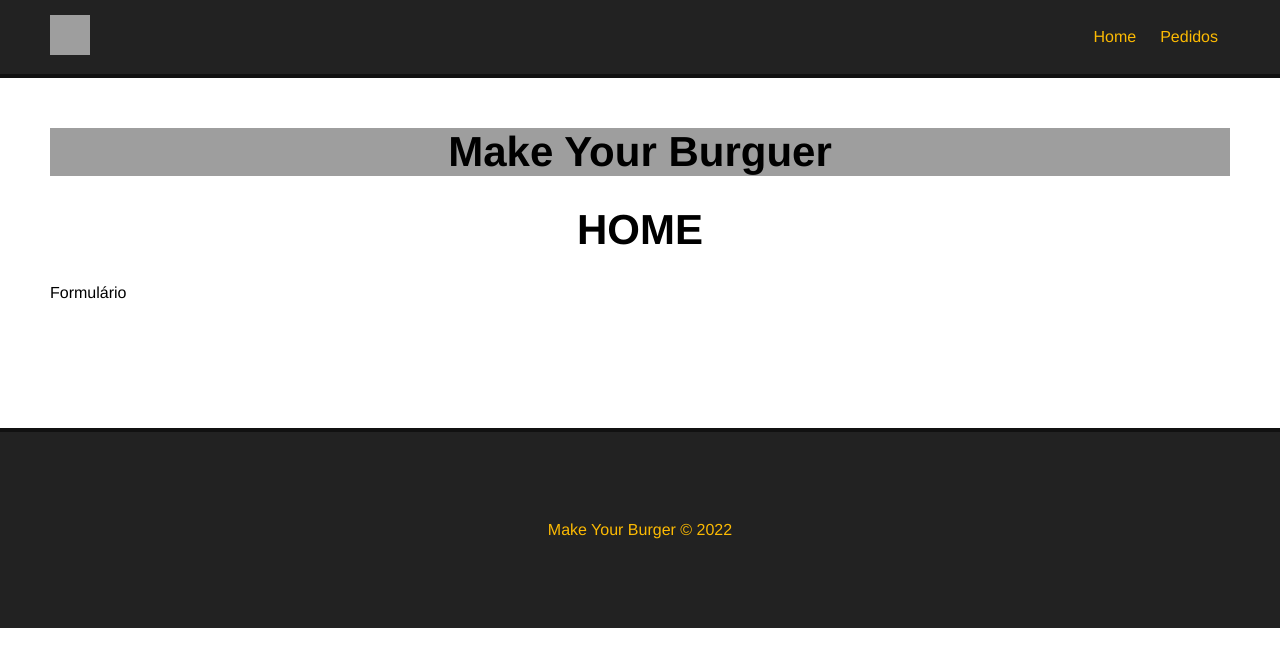
Repository: brunofa23/makeyourburguer
Page: /
These files come from the project's save history. The page is drawn as it stood at one moment and after a run of saves; the edit follows.
The browser window is 1280 px wide. The pictures show the whole page.
Pictures or frames that could not be fetched are drawn as grey boxes. The project was rebuilt for these pictures with package versions that can differ from the ones it lists, and the page was loaded fresh each time. Also part of the build but not shown: vue.config.js.

Above is the page before, as saved 2022-08-09 19:05:54.

After the next 2 saves:
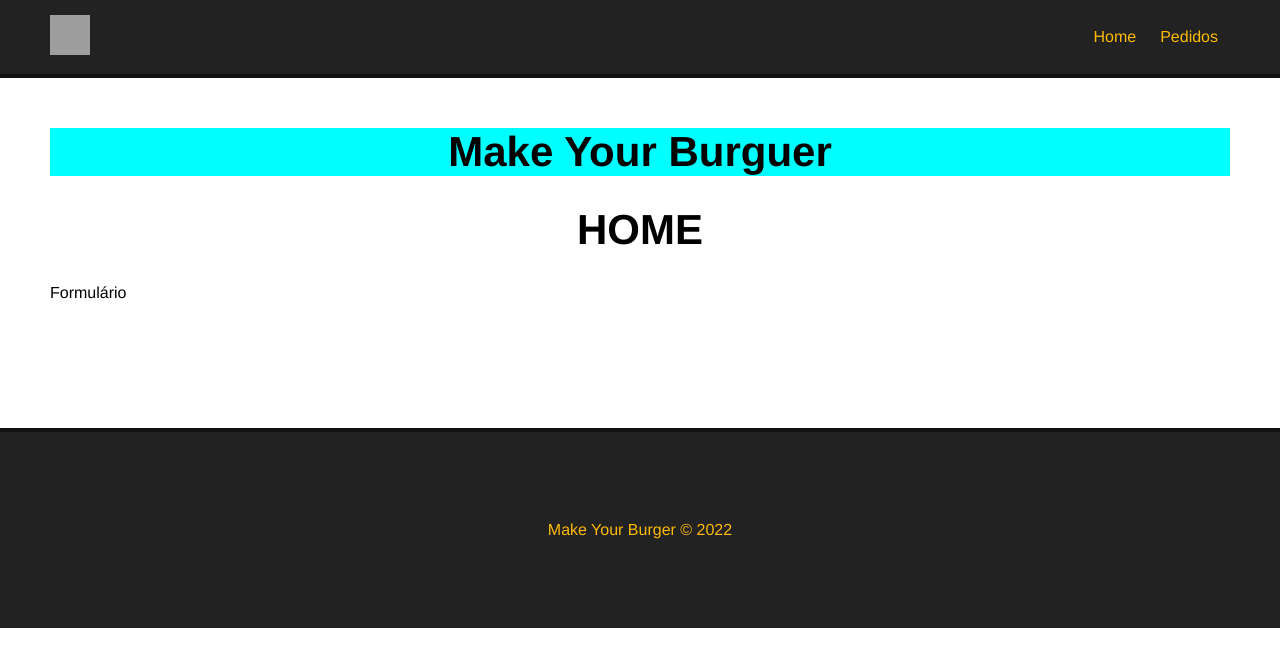
The 2 saves are shown as one change because 1 did not build or start.
The last was saved 20 s later.
--- a/src/components/Banner.vue
+++ b/src/components/Banner.vue
@@ -13,7 +13,7 @@ export default {
 <style scoped>
 #main-banner{
     background-color: aqua;
-    background-image: url('public\img\burger.jpg');
+    /* background-image: url('public\img\burger.jpg'); */
 }
 
 
